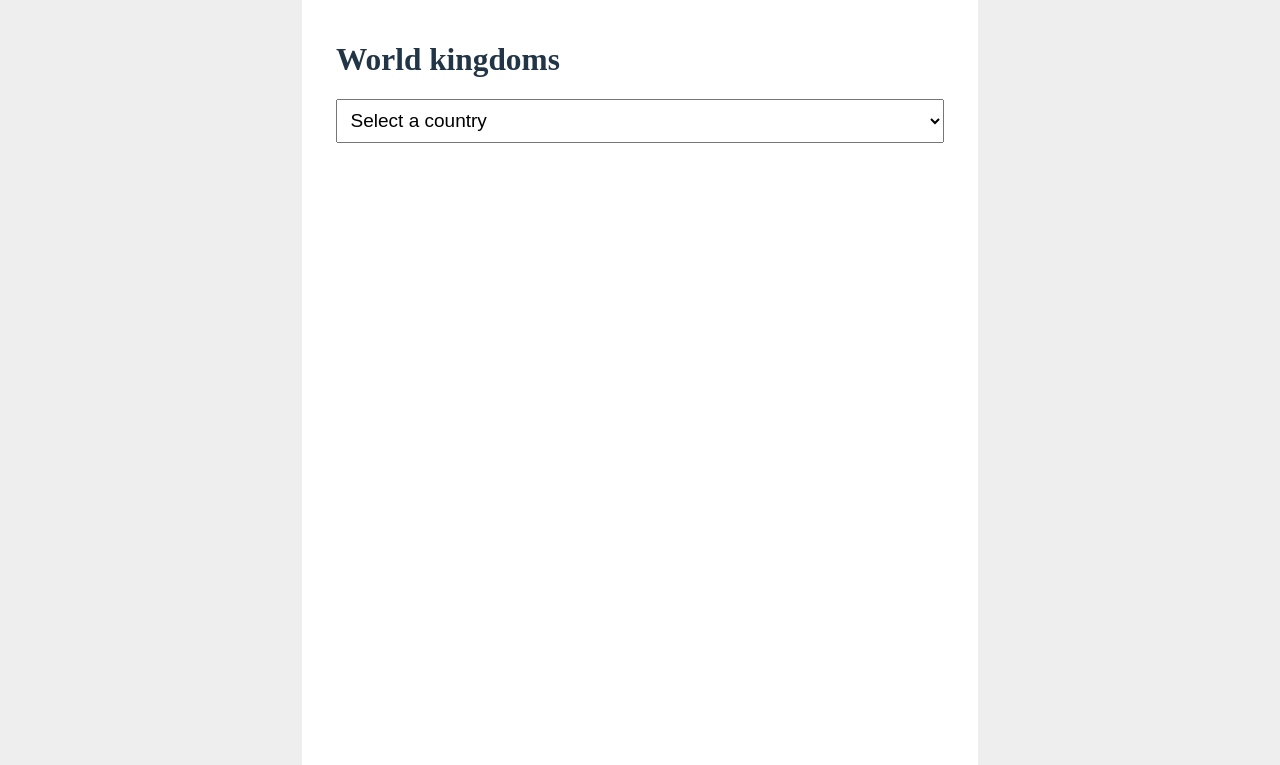
Repository: SamanthaYan298/my_world_kingdoms
Page: /
These files come from the project's save history. The page is drawn as it stood at one moment and after the next save; the edit follows.
The browser window is 1280 px wide. The pictures show the whole page.
The page's requests for data from a server got no answer. The project was rebuilt for these pictures with package versions that can differ from the ones it lists, and the page was loaded fresh each time. No one was signed in, and anything a server would have sent is missing. Also part of the build but not shown: vite.config.js.

Above is the page before, as saved 2024-11-20 18:36:11.

After the next save:
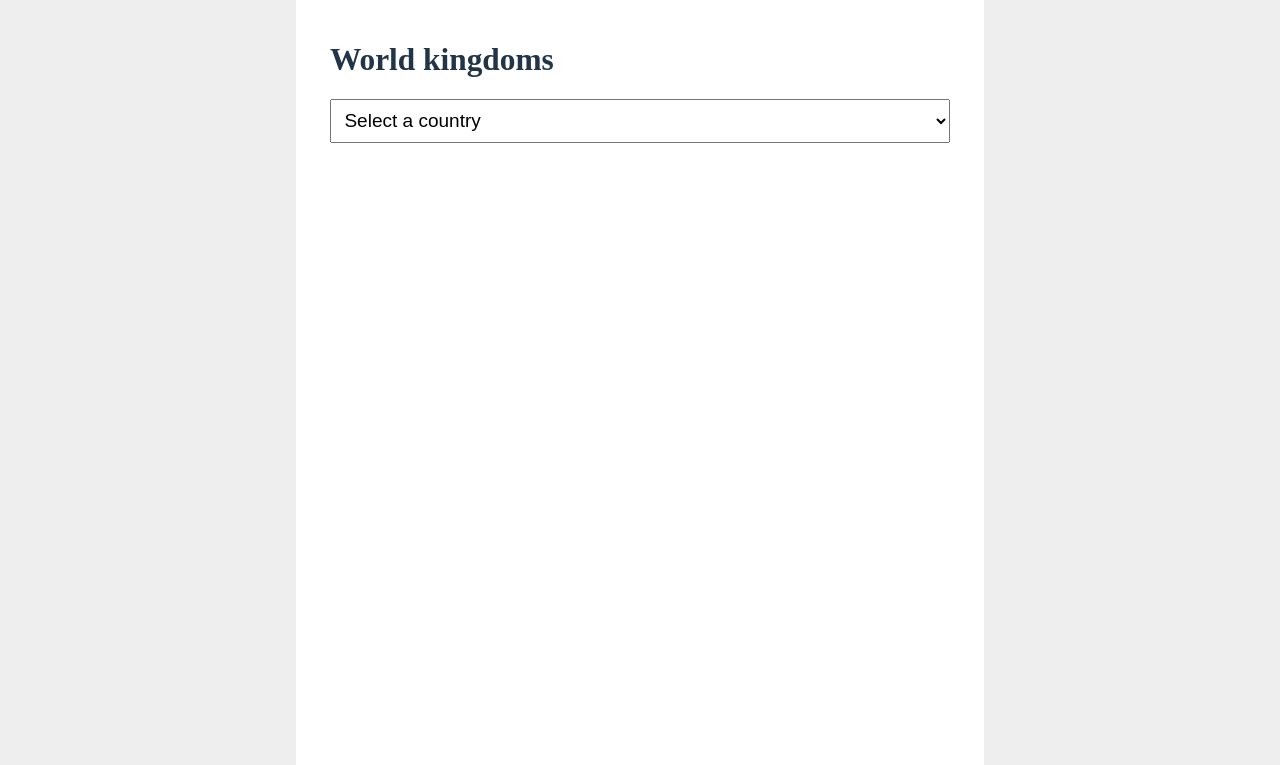
Saved 13 s later.
--- a/src/App.css
+++ b/src/App.css
@@ -23,7 +23,7 @@ h1 {
 }
 
 .countries {
-  width: 50%;
+  width: 51%;
   background: #fff;
   margin: 0 auto;
   padding: 1em 1.5em;
